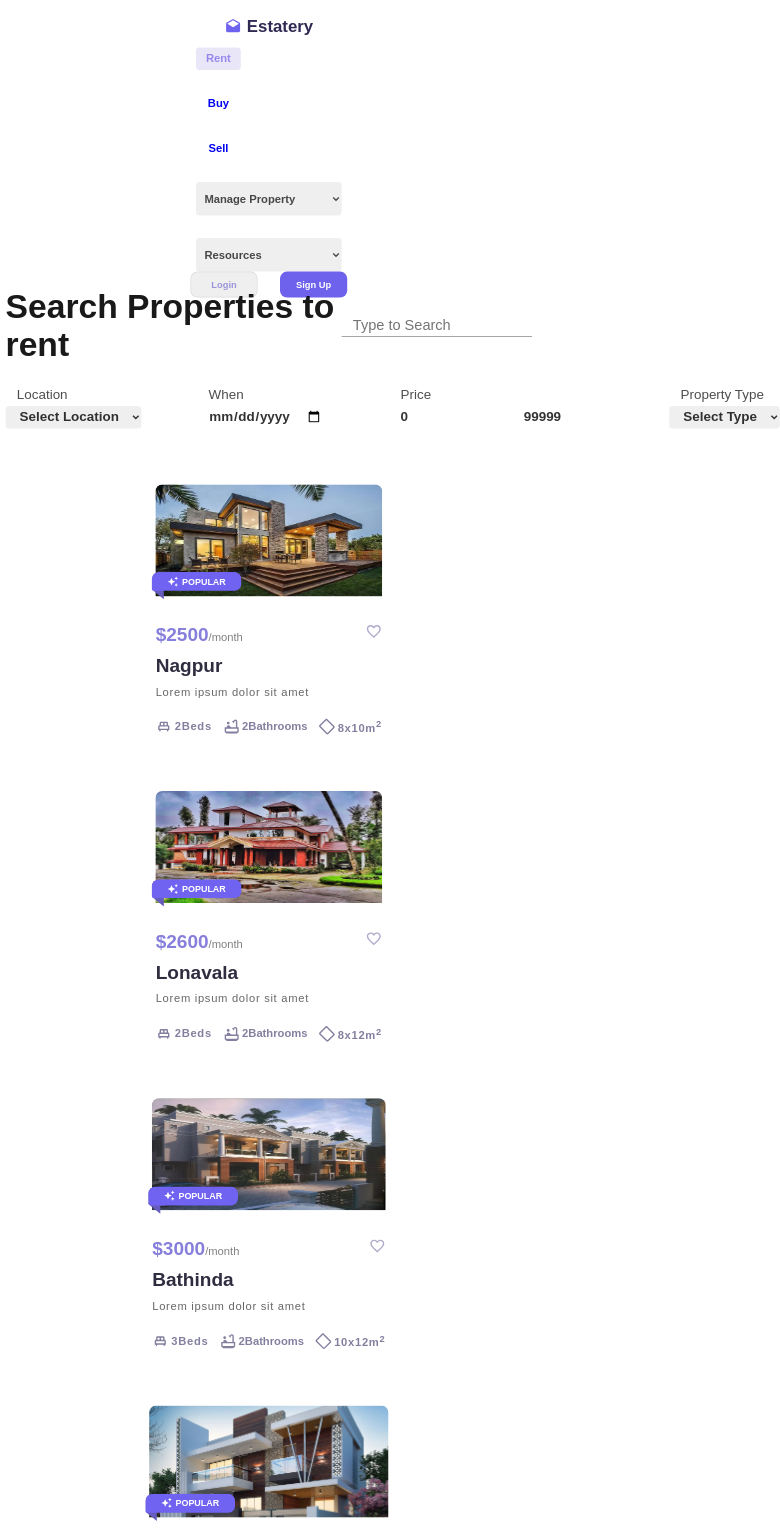
Repository: kapil4457/Reunion-Internship-Assignment
Page: /
The author's editor kept a copy of each file at every save. The page is drawn from the files as they stood at one save, then again after the next save.
The browser window is 768 px wide. The page is 1114 px wide, so the pictures cover 1114 px, including what lies to the right of the window. The pictures show the part of the page from y = 0 to 2200 px (the page is 5191 px tall), at 70% of full size.
The project was rebuilt for these pictures with package versions that can differ from the ones it lists, and the page was loaded fresh each time. Also part of the build but not shown: src/App.css.

Above is the page before, as saved 2022-10-07 21:07:10.

After the next save:
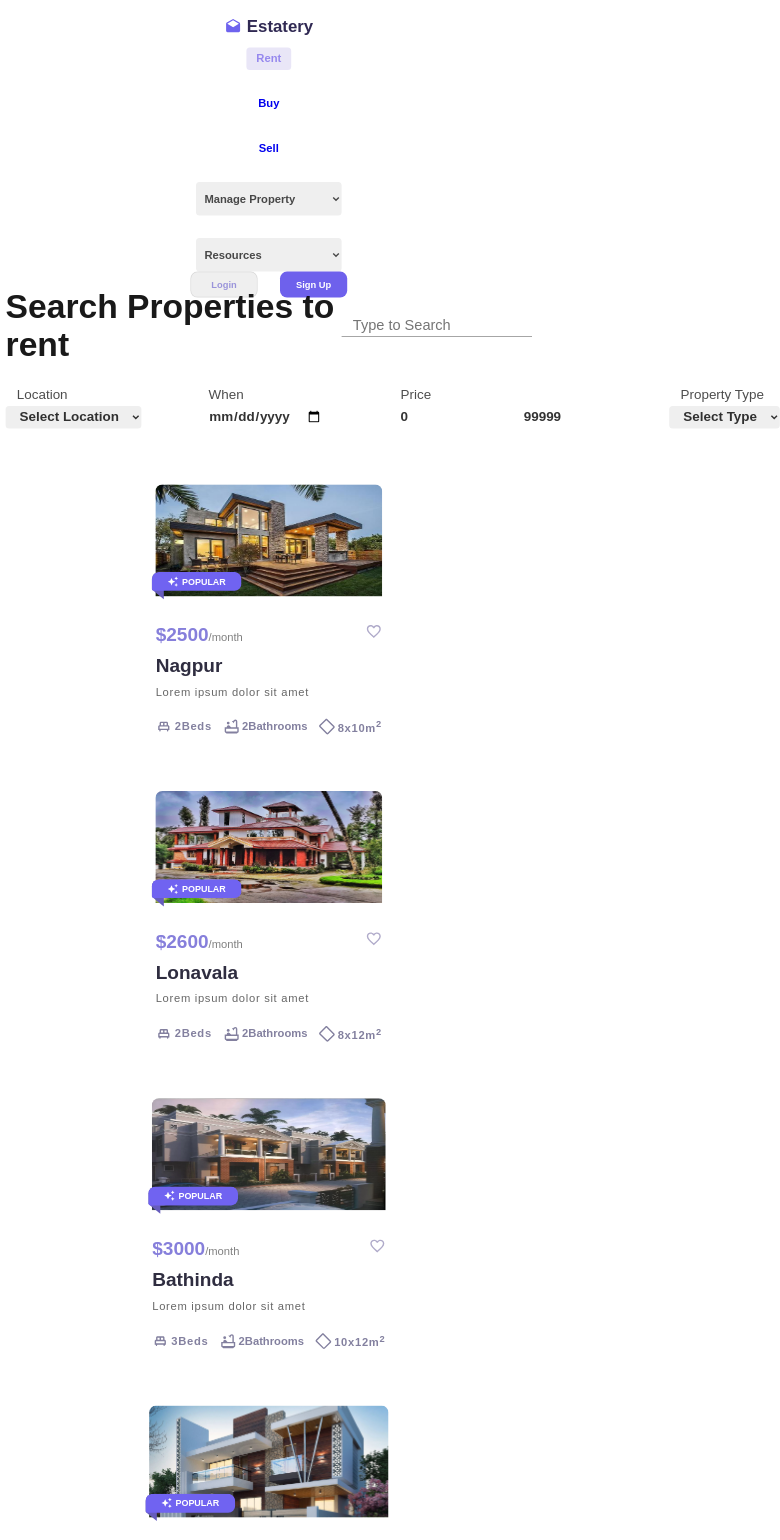
Saved 12 s later.
--- a/src/components/Header/Header.css
+++ b/src/components/Header/Header.css
@@ -109,6 +109,6 @@
     .left > .categories{
         padding:0;
         flex-direction: column;
-        align-items:flex-start
+        justify-content: left;
     }
 }

After the save that followed:
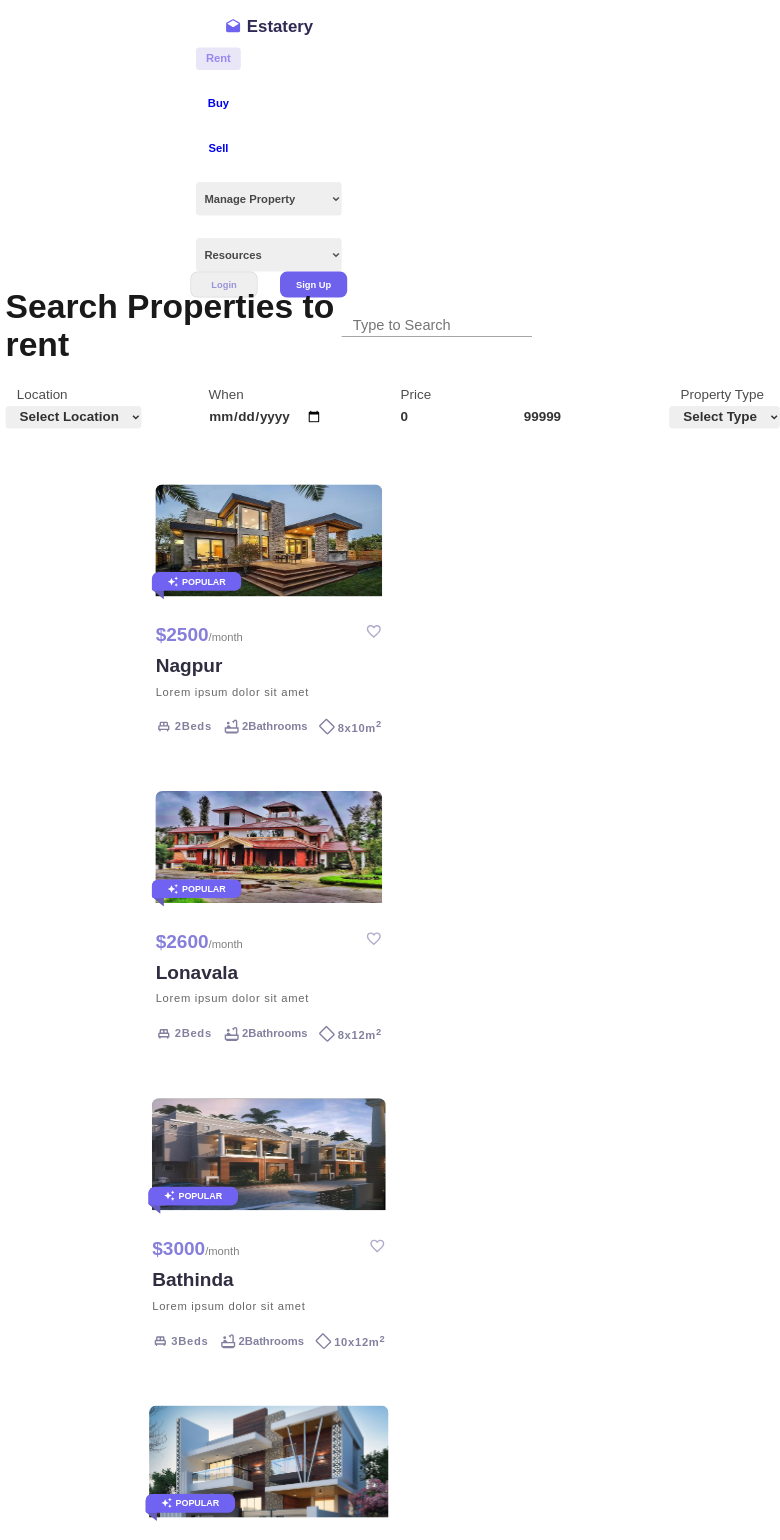
Saved 64 s later.
--- a/src/components/Header/Header.css
+++ b/src/components/Header/Header.css
@@ -109,6 +109,6 @@
     .left > .categories{
         padding:0;
         flex-direction: column;
-        justify-content: left;
+        align-items: flex-start;
     }
 }
